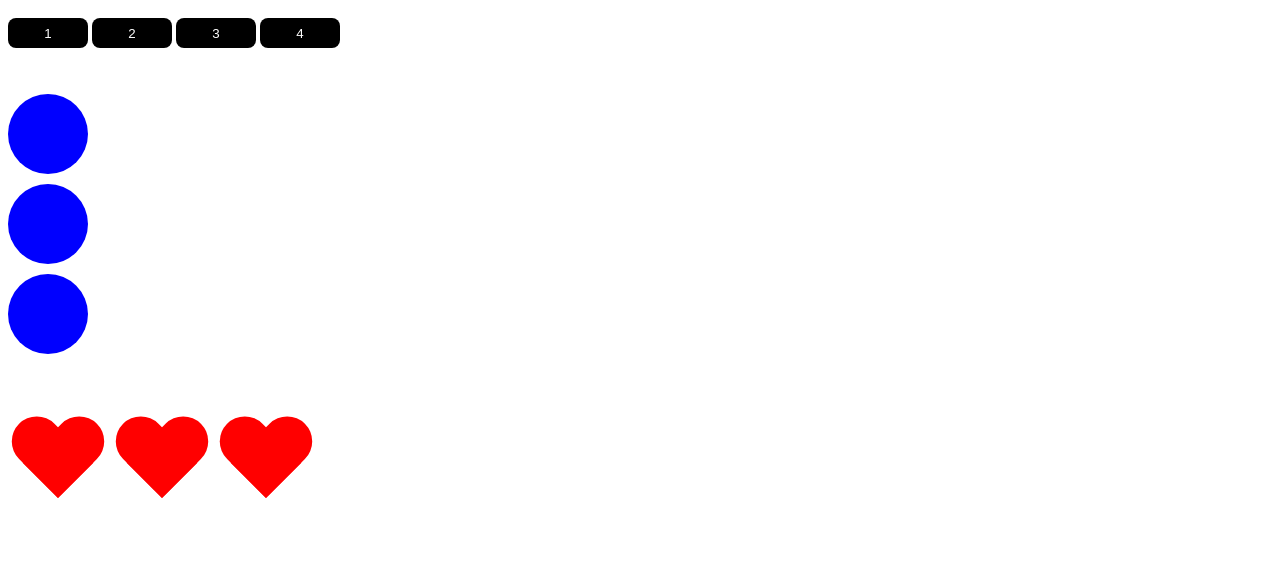
Repository: ivan151/jsudemy
Page: index.html
The author's editor kept a copy of each file at every save. The page is drawn from the files as they stood at one save, then again after the next save.
The browser window is 1280 px wide. The pictures show the whole page.

Above is the page before, as saved 2020-05-02 09:48:30.

### index.html
<!DOCTYPE html>
<html lang="en">
<head>
    <meta charset="UTF-8">
    <meta name="viewport" content="width=device-width, initial-scale=1.0">
    <title>Document</title>
    <link rel="stylesheet" href="original.css">
</head>
<body>
    <button>1</button>
    <button>2</button>
    <button>3</button>
    <button>4</button>
    <br>
    <br>
    <br>
    <div class="circle"></div>
    <div class="circle"></div>
    <div class="circle"></div>
    <br>
    <br>
    <br>
    <div class="heart"></div>
    <div class="heart"></div>
    <div class="heart"></div>
    <div class="div" class = 'box'></div>
    <script src="script.js"></script>
</body>
</html>

### original.css
.box {
  width: 150px;
  height: 150px;
  background-color: red;
}
button {
	width: 80px;
	height: 30px;
	margin-top: 10px;
	border: none;
	border-radius: 8px;
	background-color: #000;
	color: #fff;
	cursor: pointer;
	outline: none;
}

.circle {
	width: 80px;
	height: 80px;
	background-color: blue;
	display: block;
	margin-top: 10px;
	border-radius: 100%;
}

.heart {
	display: inline-block;
    position: relative;
    width: 100px;
    height: 90px;
    margin-top: 10px;
}
.heart:before,
.heart:after {
    position: absolute;
    content: "";
    left: 50px;
    top: 0;
    width: 50px;
    height: 80px;
    background: red;
    -moz-border-radius: 50px 50px 0 0;
    border-radius: 50px 50px 0 0;
    -webkit-transform: rotate(-45deg);
       -moz-transform: rotate(-45deg);
        -ms-transform: rotate(-45deg);
         -o-transform: rotate(-45deg);
            transform: rotate(-45deg);
    -webkit-transform-origin: 0 100%;
       -moz-transform-origin: 0 100%;
        -ms-transform-origin: 0 100%;
         -o-transform-origin: 0 100%;
            transform-origin: 0 100%;
}
.heart:after {
    left: 0;
    -webkit-transform: rotate(45deg);
       -moz-transform: rotate(45deg);
        -ms-transform: rotate(45deg);
         -o-transform: rotate(45deg);
            transform: rotate(45deg);
    -webkit-transform-origin: 100% 100%;
       -moz-transform-origin: 100% 100%;
        -ms-transform-origin: 100% 100%;
         -o-transform-origin: 100% 100%;
            transform-origin :100% 100%;
}
.black{
	width: 150px;
	height: 50px;
	line-height: 50px;
	text-align: center;
	background-color: black;
	margin-bottom: 30px;
	margin-top: 30px;
	color: #fff;
}

### script.js
let box = document.getElementById('box'), // by id
    btn = document.getElementsByTagName('button'), // by tag
    circle = document.getElementsByClassName('circle'), //by class
    heart = document.querySelectorAll('.heart'), //all elements
    oneHeart = document.querySelector('.heart'); //first element


console.log(box);
console.log(btn);
console.log(btn[2]);
console.log(circle);
console.log(circle[2]);

After the next save:
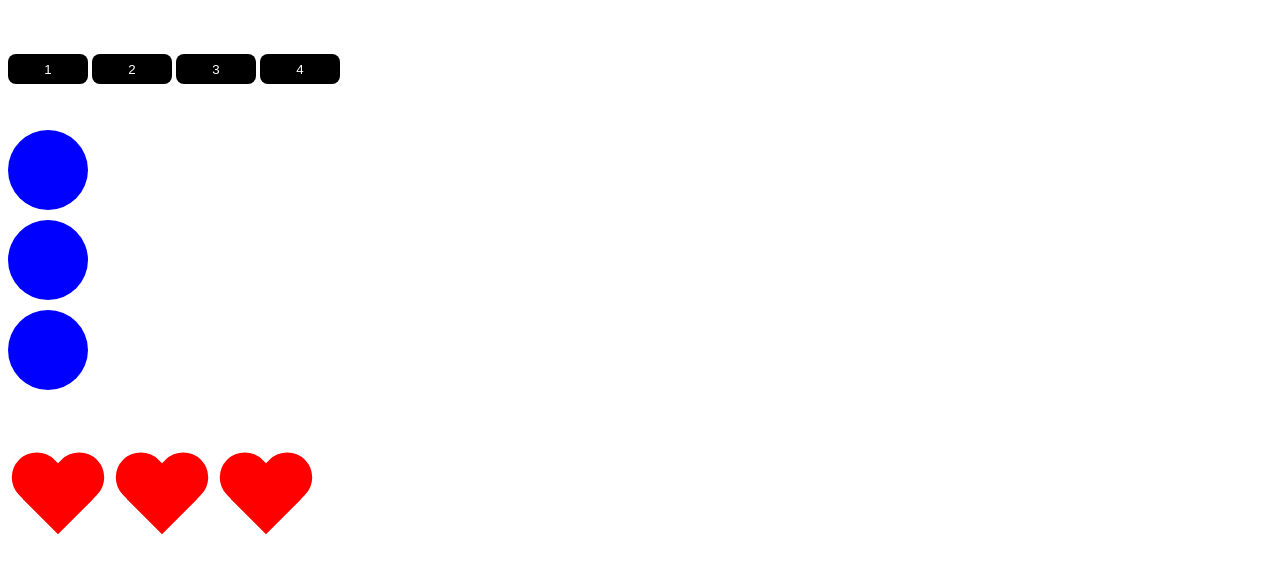
Saved 12 s later.
--- a/index.html
+++ b/index.html
@@ -7,6 +7,8 @@
     <link rel="stylesheet" href="original.css">
 </head>
 <body>
+    <div class="div" class = 'box'></div>
+    <br><br>
     <button>1</button>
     <button>2</button>
     <button>3</button>
